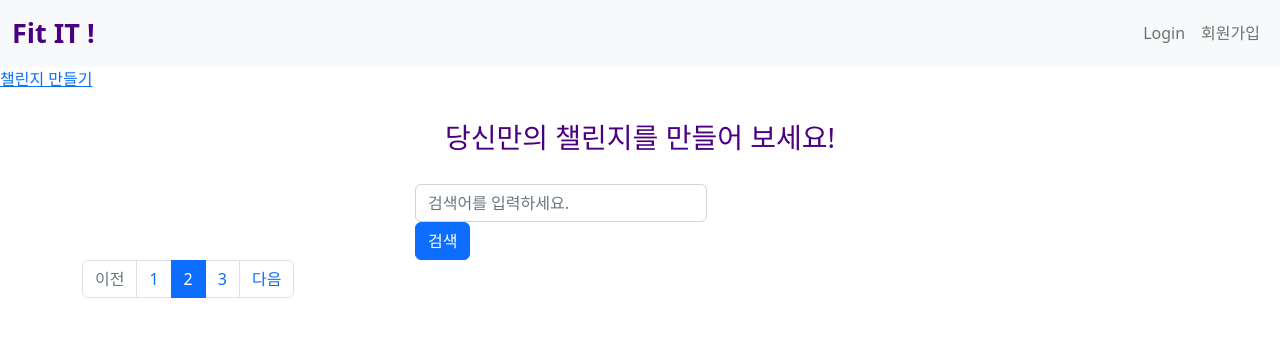
Repository: 4everGirls/Fit-IT-FRONT
Page: /makeChallenge (app in FrontEnd/fit-it/)
An editor plug-in stored every save of this project. The page is shown before and after the next save, followed by the edit.
The browser window is 1280 px wide. The pictures show the whole page.
The project was rebuilt for these pictures with package versions that can differ from the ones it lists, and the page was loaded fresh each time. Also part of the build but not shown: FrontEnd/fit-it/vue.config.js, FrontEnd/fit-it/src/views/HomeView.vue, FrontEnd/fit-it/src/components/user/RegistUser.vue, FrontEnd/fit-it/src/components/user/LoginUser.vue.

Above is the page before, as saved 2022-11-20 12:26:22.

### FrontEnd/fit-it/public/index.html
<!DOCTYPE html>
<html lang="">
  <head>
    <meta charset="utf-8" />
    <meta http-equiv="X-UA-Compatible" content="IE=edge" />
    <meta name="viewport" content="width=device-width,initial-scale=1.0" />
    <link rel="icon" href="<%= BASE_URL %>favicon.ico" />
    <link
      href="https://cdn.jsdelivr.net/npm/bootstrap@5.2.2/dist/css/bootstrap.min.css"
      rel="stylesheet"
      integrity="sha384-Zenh87qX5JnK2Jl0vWa8Ck2rdkQ2Bzep5IDxbcnCeuOxjzrPF/et3URy9Bv1WTRi"
      crossorigin="anonymous"
    />
    <script
      src="https://cdn.jsdelivr.net/npm/bootstrap@5.2.2/dist/js/bootstrap.bundle.min.js"
      integrity="sha384-OERcA2EqjJCMA+/3y+gxIOqMEjwtxJY7qPCqsdltbNJuaOe923+mo//f6V8Qbsw3"
      crossorigin="anonymous"
    ></script>
    <title><%= htmlWebpackPlugin.options.title %></title>
  </head>
  <body>
    <noscript>
      <strong
        >We're sorry but <%= htmlWebpackPlugin.options.title %> doesn't work
        properly without JavaScript enabled. Please enable it to
        continue.</strong
      >
    </noscript>
    <div id="app"></div>
    <!-- built files will be auto injected -->
  </body>
</html>

### FrontEnd/fit-it/src/App.vue
<template>
  <div id="app">
    <header-nav/>

    <router-link to="/makeChallenge">챌린지 만들기</router-link>
    <router-view />

  </div>
</template>

<script>
import HeaderNav from "@/components/common/HeaderNav.vue";

export default {
  name: "App",
  components: {
    HeaderNav,
  }
}
</script>

<style>
* {
  margin: 0;
  padding: 0;
  box-sizing: border-box;
  list-style: none;
}

.text-center {
  text-align: center;
}

</style>

### FrontEnd/fit-it/src/router/index.js
import Vue from "vue";
import VueRouter from "vue-router";
import HomeView from "../views/HomeView.vue";
import RegistUser from "@/components/user/RegistUser.vue";
import LoginUser from "@/components/user/LoginUser.vue";
import MakeChallenge from "@/views/MakeChallengeView.vue";

Vue.use(VueRouter);

const routes = [
  {
    path: "/",
    name: "home",
    component: HomeView,
  },
  {
    path: "/login",
    name: "login",
    component: LoginUser,
  },
  {
    path: "/regist",
    name: "regist",
    component: RegistUser,
  },
  {
    path: "/makeChallenge",
    name: "makeChallenge",
    component: MakeChallenge,
  },
];

const router = new VueRouter({
  mode: "history",
  base: process.env.BASE_URL,
  routes,
});

export default router;

### FrontEnd/fit-it/src/store/index.js
import Vue from 'vue'
import Vuex from 'vuex'
import axios from 'axios';
import router from "@/router";
import createPersistedState from "vuex-persistedstate";

Vue.use(Vuex)

const REST_API = `http://localhost:9999`;

export default new Vuex.Store({
  plugins: [createPersistedState()],
  state: {
    loginUser: null,
    videos: [],
    video: null,
  },
  getters: {
  },
  mutations: {
    LOGIN_USER(state, user) {
      state.loginUser = user;
    },
    SEARCH_VIDEO(state, videos) {
      state.videos = videos
    },
  },
  actions: {
    loginUser({ commit }, user) {
      console.log(user);
      const API_URL = `${REST_API}/userApi/login`;
      axios({
        url: API_URL,
        method: "POST",
        data: user,
      })
      .then((res) => {
        if (res.data.message === "success") {
          commit("LOGIN_USER", user);
          sessionStorage.setItem("access-token", res.data["access-token"]);
          router.push({ name: "home" });
        } else {
          alert("로그인에 실패하였습니다.");
        }
      })
      .catch((err) => {
        console.log(err);
      });
    },
    createUser({ commit }, user) {
      const API_URL = `${REST_API}/userApi/signup`;

      axios({
        url: API_URL,
        method: "POST",
        data: user,
      })
      .then((res) => {
        commit;
        res;
        alert("회원 가입이 완료 되었습니다.");
        router.push("/login");
      })
      .catch((err) => {
        console.log(err);
      });
    },
    searchVideo({commit}, keyword) {
      const YOUTUBE_KEY = process.env.VUE_APP_YOUTUBE_API_KEY;
      const API_URL = `https://www.googleapis.com/youtube/v3/search`;
      console.log(keyword);
      axios({
        url: API_URL,
        // method: "GET",
        params: {
          key: YOUTUBE_KEY,
          part: 'snippet',
          q: keyword,
          type: 'video',
          maxResults: 4,
        }
      })
        .then((res) => {
          console.log(res.data.items);
          commit("SEARCH_VIDEO", res.data.items)
        })
        .catch((err) => console.log(err));
    },
  },
  modules: {
  }
})

### FrontEnd/fit-it/src/components/common/HeaderNav.vue
<template>
    <header>
    <!-- 로그인 전 (login, )-->
    <!-- Nav Bar 오른쪽 정렬 -->
    <nav class="navbar navbar-expand-sm bg-light navbar-light">
        <div class="container-fluid">
            <router-link to="/" class="navbar-brand nav-link">Fit IT !</router-link>
            <div class="collapse navbar-collapse justify-content-end" id="collapsibleNavbar">
                <ul class="navbar-nav">
                <li class="nav-item">
                    <router-link to="/login" class="nav-link">Login</router-link>
                </li>
                <li class="nav-item">
                    <router-link to="/regist" class="nav-link">회원가입</router-link>
                </li>
                </ul>
            </div>
        </div>
    </nav>
    </header>
</template>

<script>
export default {
name: "HeaderNav",
};
</script>

<style>
.navbar-brand {
color: indigo;
font-weight: 750;
font-size: 27px;
}
</style>

### FrontEnd/fit-it/src/views/MakeChallengeView.vue
<template>
  <div class="container">
    <!--search-container-->
    <div class="row">
        <search-video></search-video>
        <search-result></search-result>
    </div>
    <!--result form-->
    <div></div>
  </div>
</template>

<script>
import SearchVideo from '@/components/challenge/MakeChallenge/SearchVideo.vue';
import SearchResult from '@/components/challenge/MakeChallenge/SearchResult.vue';

export default {
    name: "MakeChallenge",
    components: {
        SearchVideo,
        SearchResult,
    }
}
</script>

<style>

</style>

### FrontEnd/fit-it/src/components/challenge/MakeChallenge/SearchVideo.vue
<template>
  <div class="container">
    <div class="flex-container">
      <div class="flex-item">
        <h3 class="title">당신만의 챌린지를 만들어 보세요!</h3>
      </div>
      <div class="searchContainer flex-item">
        <div class="row">
          <div class="col">
            <form class="d-flex col-md-8" role="search">
              <input
                class="form-control me-2"
                type="search"
                placeholder="검색어를 입력하세요."
                aria-label="Search"
                size="40"
                v-on:keydown.enter.prevent="search"
                v-model="keyword"
              />
            </form>
            <div class="col">
              <button class="btn btn-primary" type="submit" @click="search">
                검색
              </button>
            </div>
          </div>
        </div>
      </div>
    </div>
  </div>
</template>

<script>
export default {
  name: "SearchVideo",
  data() {
    return {
      keyword: "",
    };
  },
  methods: {
    search() {
      if (this.keyword !== "") {
        let value = this.keyword && this.keyword.trim();
        this.$store.dispatch("searchVideo", value);
        this.clearInput();
      } else {
        alert("검색어를 입력하세요.");
      }
    },
    clearInput() {
      this.keyword = "";
    },
  },
};
</script>

<style scoped>
.title {
  margin: 30px;
  color: indigo;
  font-weight: 350;
}
.flex-container {
  display: flex;
  justify-content: center;
  align-items: center;
  flex-direction: column;
}
.searchContainer {
}
</style>

### FrontEnd/fit-it/src/components/challenge/MakeChallenge/SearchResult.vue
<template>
  <div class="result-container">
    <li v-for="video in videos"
          :key="video.videoId"
          :video="video">
    <div class="list-container column">
      <div class="card" style="width: 18rem">
        <img
          class="card-img-top"
          :src="video.snippet.thumbnails.high.url"
          alt="video-img"
        />
        <div class="card-body">
          <p class="card-text">
            {{ video.snippet.title }}
          </p>
          <button>추가</button>
        </div>
      </div>
    </div>
    </li>
    <!--Pagination-->
    <footer>
      <ul class="pagination">
        <li class="page-item disabled">
          <span class="page-link">이전</span>
        </li>
        <li class="page-item"><a class="page-link" href="#">1</a></li>
        <li class="page-item active" aria-current="page">
          <span class="page-link">2</span>
        </li>
        <li class="page-item"><a class="page-link" href="#">3</a></li>
        <li class="page-item">
          <a class="page-link" href="#">다음</a>
        </li>
      </ul>
    </footer>
  </div>
</template>

<script>
import { mapState } from "vuex";
export default {
  name: "SearchResult",
  computed: {
    ...mapState(["videos", "video"]),
  },
};
</script>

<style></style>

Loaded but not shown: FrontEnd/fit-it/src/main.js (common file)

After the next save:
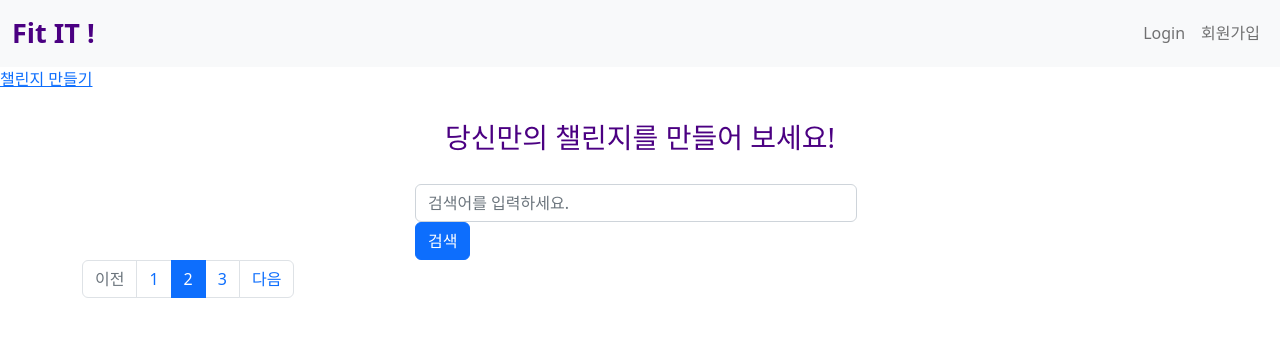
Saved 4 s later.
--- a/FrontEnd/fit-it/src/components/challenge/MakeChallenge/SearchVideo.vue
+++ b/FrontEnd/fit-it/src/components/challenge/MakeChallenge/SearchVideo.vue
@@ -7,7 +7,7 @@
       <div class="searchContainer flex-item">
         <div class="row">
           <div class="col">
-            <form class="d-flex col-md-8" role="search">
+            <form class="d-flex col" role="search">
               <input
                 class="form-control me-2"
                 type="search"
